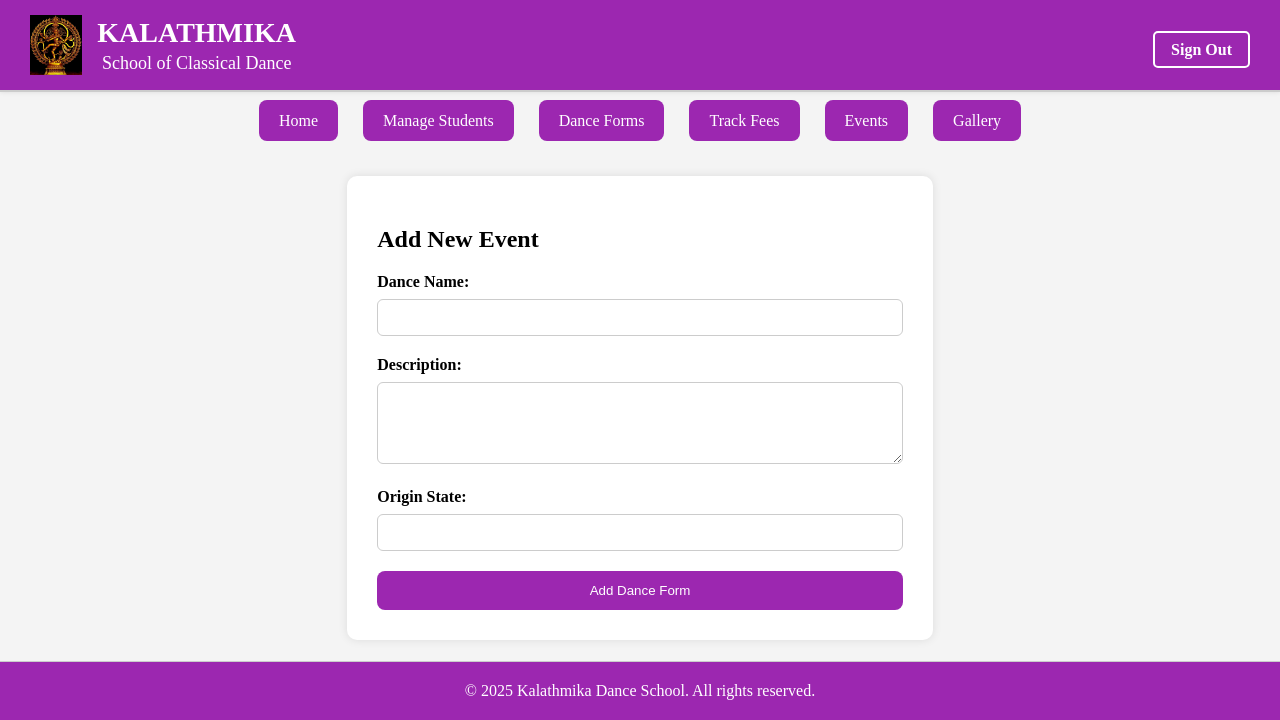
Repository: ammubancilal/LUMINAR-JDK17-STS4-SPRINGBOOT-KALATHMIKA-DANCESCHOOL
Page: http://localhost/springboot-jsp-kalathmika/WEB-INF/jsp/addNewEvent.jsp
The author's editor kept a copy of each file at every save. The page is drawn from the files as they stood at one save, then again after the next save.
The browser window is 1280 px wide. The pictures show the whole page.
An inner scrolling area shows only its first screen. The page is served by Tomcat 9. Nobody is signed in. The template is opened directly, without the code that normally fills it, so the values that code supplies are empty.

Above is the page before, as saved 2025-04-26 10:06:10.

After the next save:
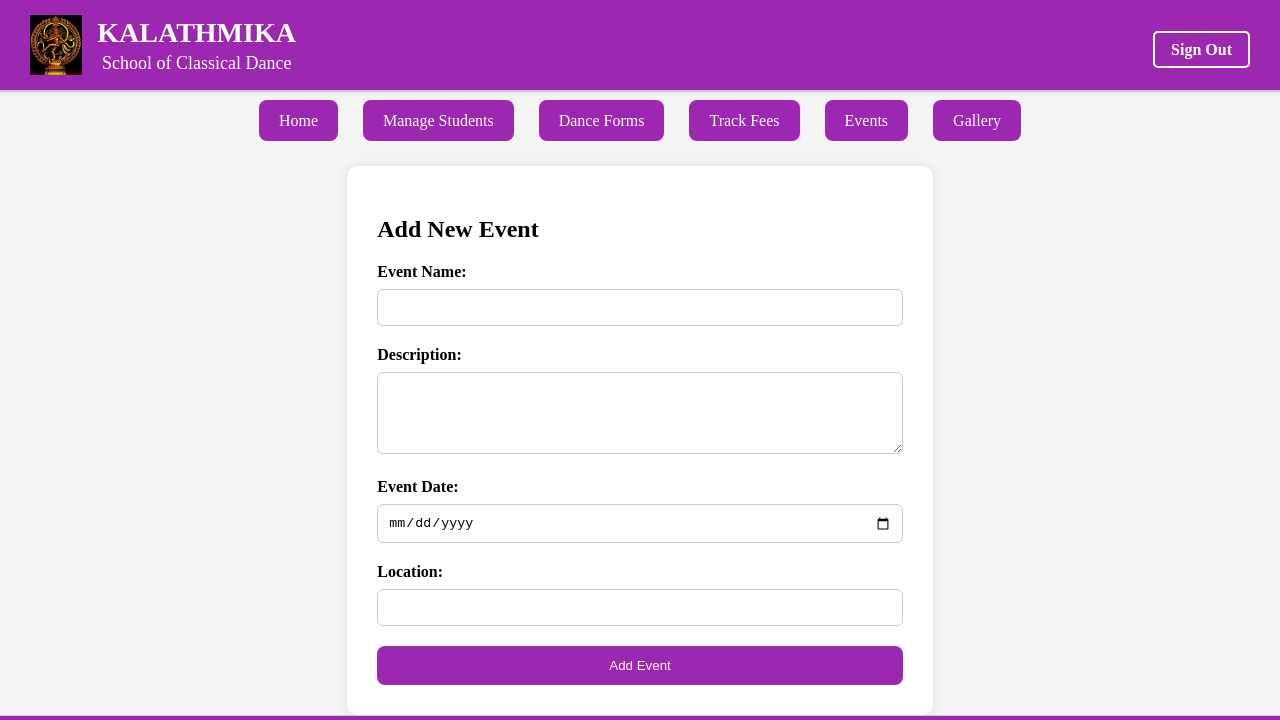
Saved 2 min 23 s later.
--- a/springboot-jsp-kalathmika/src/main/webapp/WEB-INF/jsp/addNewEvent.jsp
+++ b/springboot-jsp-kalathmika/src/main/webapp/WEB-INF/jsp/addNewEvent.jsp
@@ -5,7 +5,7 @@
 <head>
     <title>Add New Event</title>
     <style>
-     ul.nav-menu {
+        ul.nav-menu {
             list-style-type: none;
             padding: 0;
             margin: 20px auto 0 auto;
@@ -25,12 +25,7 @@
         ul.nav-menu li a:hover {
             background-color: #7B1FA2;
         }
-        /* body {
-            font-family: Arial, sans-serif;
-            background: #f2f2f2;
-            padding: 30px;
-        }
- */
+
         .form-container {
             max-width: 600px;
             margin: auto;
@@ -40,9 +35,7 @@
             border-radius: 10px;
         }
 
-
-
-        input, select, textarea {
+        input, textarea {
             width: 100%;
             padding: 10px;
             margin-top: 8px;
@@ -74,38 +67,44 @@
 
 <nav>
     <ul class="nav-menu">
-    <li><a href="/admin/dashboard">Home</a></li>
+        <li><a href="/admin/dashboard">Home</a></li>
         <li><a href="/admin/manageStudents">Manage Students</a></li>
         <li><a href="/admin/danceForms">Dance Forms</a></li>
         <li><a href="/admin/trackFees">Track Fees</a></li>
         <li><a href="/admin/Events">Events</a></li>
         <li><a href="/admin/Gallery">Gallery</a></li>
-
     </ul>
 </nav>
 <br><br>
+
 <div class="form-container">
     <h2>Add New Event</h2>
     <form action="${pageContext.request.contextPath}/admin/saveEvent" method="post">
-         <div>
-    <label for="dance_name">Dance Name:</label>
-    <input type="text" id="dance_name" name="dance_name" required>
-  </div>
+        <div>
+            <label for="event_name">Event Name:</label>
+            <input type="text" id="event_name" name="event_name" required>
+        </div>
 
-  <div>
-    <label for="dance_desc">Description:</label>
-    <textarea id="dance_desc" name="dance_desc" rows="4" cols="50" required></textarea>
-  </div>
+        <div>
+            <label for="event_desc">Description:</label>
+            <textarea id="event_desc" name="event_desc" rows="4" cols="50" required></textarea>
+        </div>
 
-  <div>
-    <label for="dance_origin_state">Origin State:</label>
-    <input type="text" id="dance_origin_state" name="dance_origin_state" required>
-  </div>
+        <div>
+            <label for="event_date">Event Date:</label>
+            <input type="date" id="event_date" name="event_date" required>
+        </div>
 
-        <button type="submit" class="btn-submit">Add Dance Form</button>
+        <div>
+            <label for="event_location">Location:</label>
+            <input type="text" id="event_location" name="event_location" required>
+        </div>
+
+        <button type="submit" class="btn-submit">Add Event</button>
     </form>
 </div>
 
 </body>
 </html>
+
 <%@ include file="footer.jsp" %>
